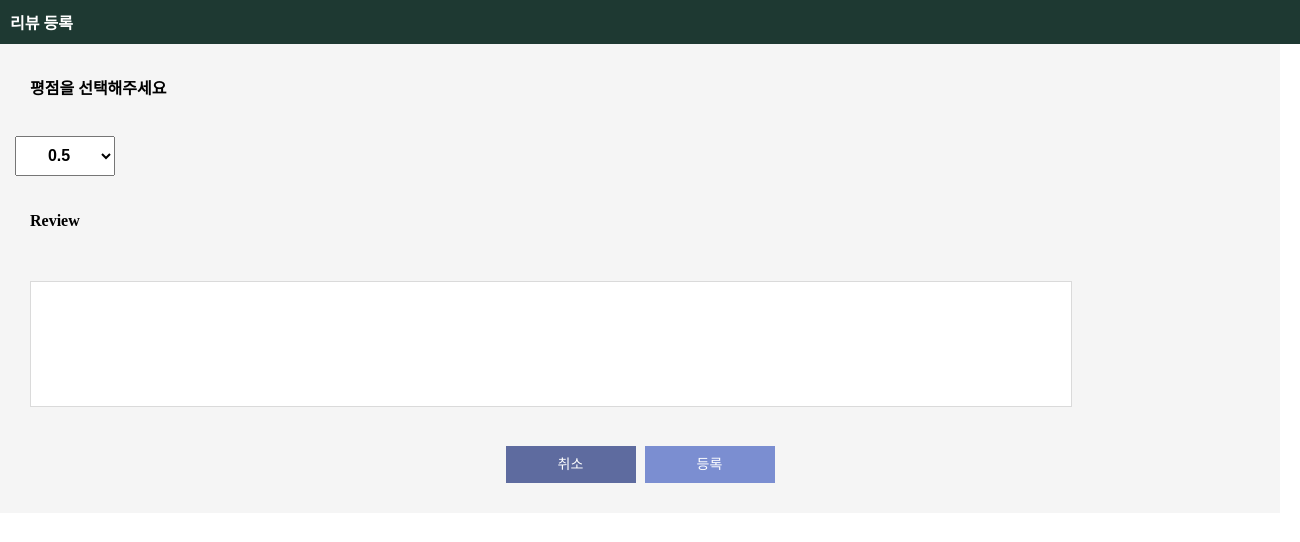
Repository: KimYoungHwans/Yproject
Page: http://localhost/Yproject/WEB-INF/views/replyEnroll.jsp
The author's editor kept a copy of each file at every save. The page is drawn from the files as they stood at one save, then again after the next save.
The browser window is 1280 px wide. The page is 1300 px wide, so the pictures cover 1300 px, including what lies to the right of the window. The pictures show the whole page.
The page is served by Tomcat 9. Nobody is signed in. The template is opened directly, without the code that normally fills it, so the values that code supplies are empty.

Above is the page before, as saved 2023-01-18 07:15:04.

After the next save:
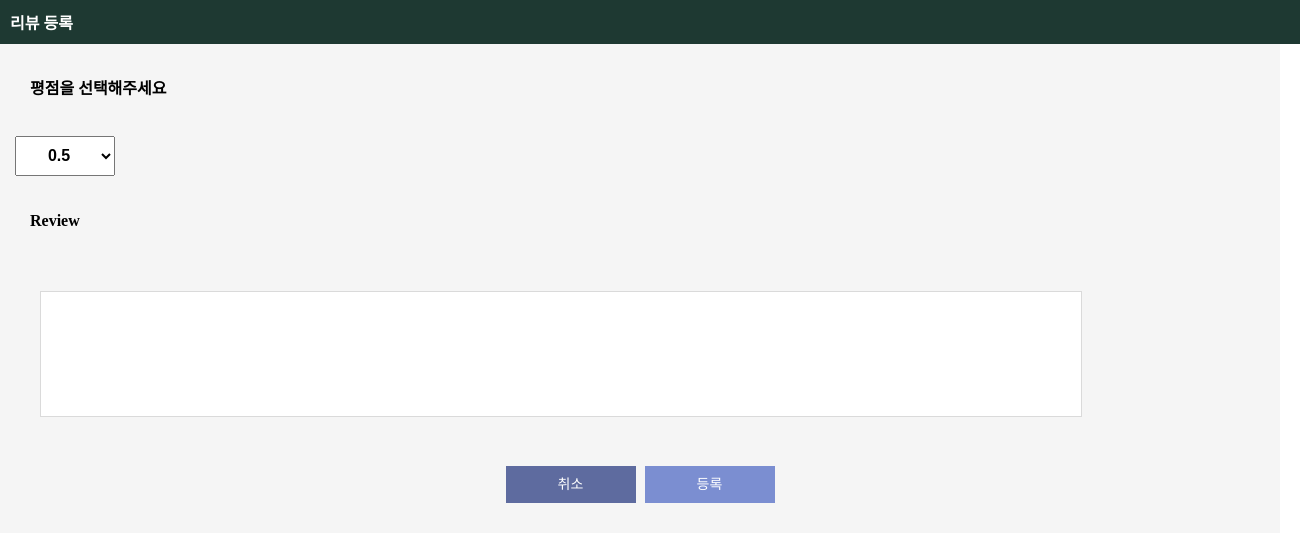
Saved 7 s later.
--- a/workspace/Yproject/src/main/webapp/WEB-INF/views/replyEnroll.jsp
+++ b/workspace/Yproject/src/main/webapp/WEB-INF/views/replyEnroll.jsp
@@ -96,7 +96,7 @@
 	    font-size: 15px;
 	    color: #a9a9a9;
 	    resize: none;
-	   margin: 30px;
+	   margin: 40px;
 
   	}
 
